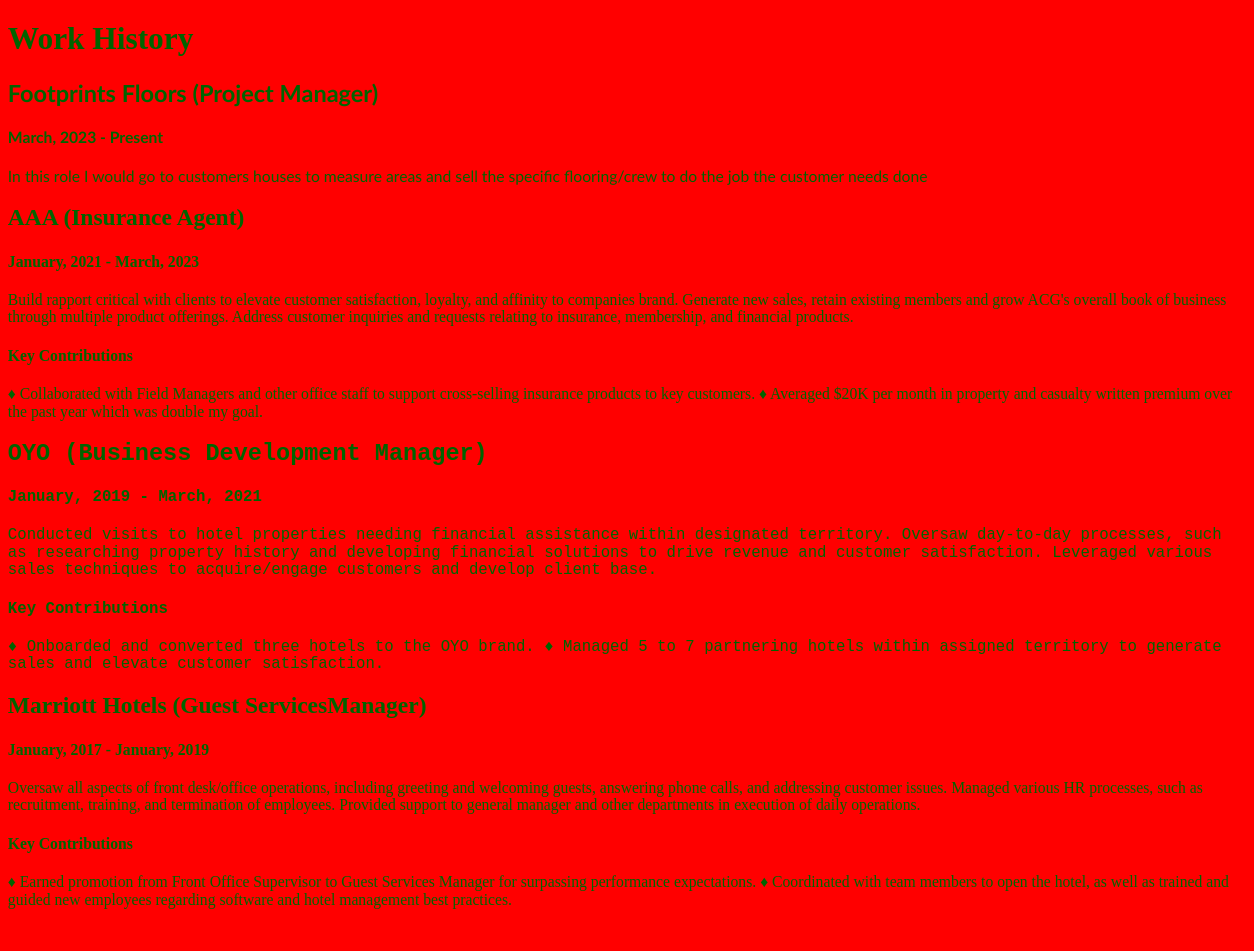
Repository: TEazy2433/LAB-HTML-Resume
Page: index.html
An editor plug-in stored every save of this project. The page is shown before and after the next save, followed by the edit.
The browser window is 1280 px wide. The pictures show the whole page, at 98% of full size.

Above is the page before, as saved 2023-10-11 20:25:57.

### index.html
<!DOCTYPE html>
<html lang="en">
<head>
  <meta charset="UTF-8">
  <meta name="viewport" content="width=device-width, initial-scale=1.0">
  <title>Resume</title>
  <link rel="stylesheet" href="main.css">
  </head>
  <body>

  <script src="main.js"></script>
  </body>
  </html><html></html>
    </head>
      <title>Work History</title>
    </head>
    <body>
      <h1>Work History</h1>
      <article id="articleOne">
        <h2>Footprints Floors (Project Manager)</h2>
        <h4>March, 2023 - Present</h4>
        <section>
          <p>In this role I would go to customers houses to measure areas and sell the specific flooring/crew to do the job the customer needs done</p>
        </section>
      </article>

      <article id="articleTwo">
        <h2>AAA (Insurance Agent)</h2>
        <h4>January, 2021 - March, 2023</h4>
        <section>
          <p>Build rapport critical with clients to elevate customer satisfaction, loyalty, and affinity to companies brand. Generate new sales, retain existing members and grow ACG's overall book of business through multiple product offerings. Address customer inquiries and requests relating to insurance, membership, and financial products.</p>

          <h4>Key Contributions</h4>
          <P>♦ Collaborated with Field Managers and other office staff to support cross-selling insurance products to key customers.
            ♦ Averaged $20K per month in property and casualty written premium over the past year which was double my goal.</P>
        </section>
      </article>

      <article id="articleThree">
        <h2>OYO (Business Development Manager)</h2>
        <h4>January, 2019 - March, 2021</h4>
        <section>
          <p>Conducted visits to hotel properties needing financial assistance within designated territory. Oversaw day-to-day processes, such as researching property history and developing financial solutions to drive revenue and customer satisfaction. Leveraged various sales techniques to acquire/engage customers and develop client base.</p>

          <h4>Key Contributions</h4>
          <P>♦ Onboarded and converted three hotels to the OYO brand.
            ♦ Managed 5 to 7 partnering hotels within assigned territory to generate sales and elevate customer satisfaction.</P>
        </section>
      </article>

      <article id="articleFour">
        <h2>Marriott Hotels (Guest ServicesManager)</h2>
        <h4>January, 2017 - January, 2019</h4>
        <section>
          <p>Oversaw all aspects of front desk/office operations, including greeting and welcoming guests, answering phone calls, and addressing customer issues. Managed various HR processes, such as recruitment, training, and termination of employees. Provided support to general manager and other departments in execution of daily operations.</p>

          <h4>Key Contributions</h4>
          <P>♦ Earned promotion from Front Office Supervisor to Guest Services Manager for surpassing performance expectations.
            ♦ Coordinated with team members to open the hotel, as well as trained and guided new employees regarding software
            and hotel management best practices.</P>
        </section>
      </article>


    </body>

### main.css
body{
  background-color: red;
}

h1{
  color:darkgreen

}

h2{
  color: darkgreen;
}

p{
  color:darkgreen
}

h4{
  color:darkgreen
}

h5{
  color: darkgreen;
}

#articleOne{
  font-family: 'Gill Sans', 'Gill Sans MT', Calibri, 'Trebuchet MS', sans-serif;
}

#articleTwo{
  font-family: cursive;
}

#articleThree{
  font-family: 'Courier New', Courier, monospace;
}

#articleFour{
  font-family: fantasy;
}

### main.js
console.log("Resume");

After the next save:
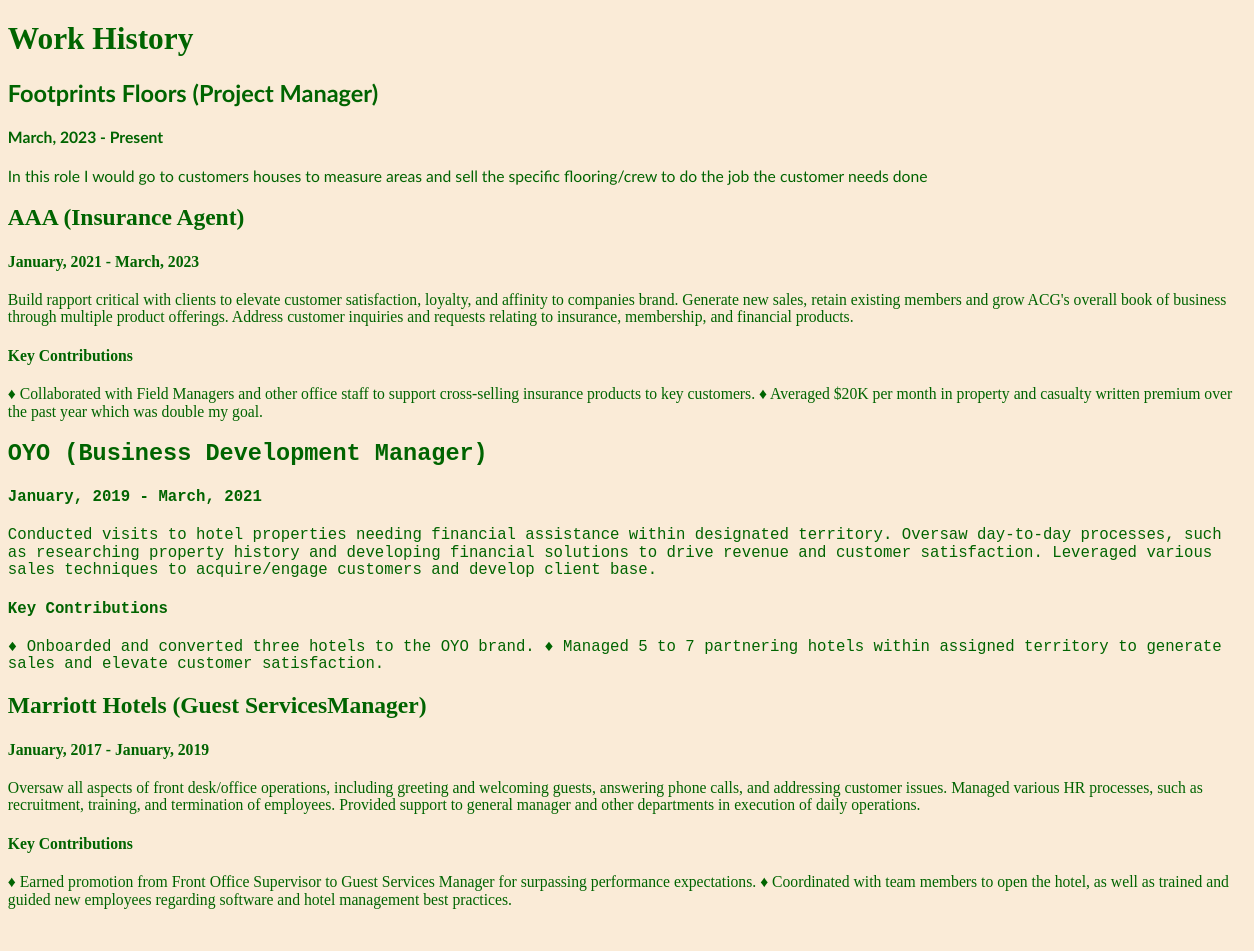
Saved 28 s later.
--- a/main.css
+++ b/main.css
@@ -1,5 +1,5 @@
 body{
-  background-color: red;
+  background-color: antiquewhite;
 }
 
 h1{
